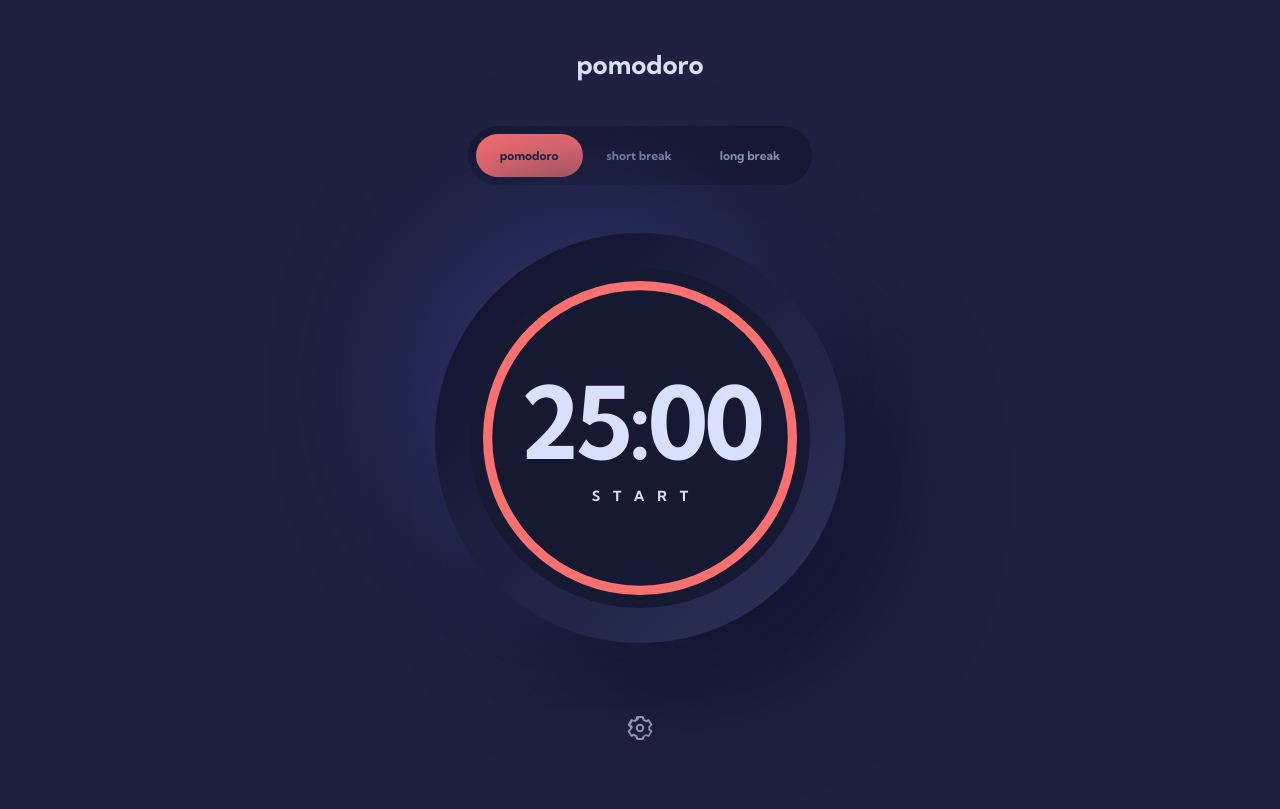
Repository: blordeus/pomodoro-app
Page: /
An editor plug-in stored every save of this project. The page is shown before and after the next save, followed by the edit.
The browser window is 1280 px wide. The pictures show the whole page.
The project was rebuilt for these pictures with package versions that can differ from the ones it lists, and the page was loaded fresh each time. Also part of the build but not shown: src/components/TimeInput.jsx, src/components/SettingsModal.jsx.

Above is the page before, as saved 2026-05-09 17:58:57.

### index.html
<!doctype html>
<html lang="en">
  <head>
    <meta charset="UTF-8" />
    <meta name="viewport" content="width=device-width, initial-scale=1.0" />
    <title>Pomodoro App</title>
  </head>
  <body>
    <div id="root"></div>
    <script type="module" src="/src/main.jsx"></script>
  </body>
</html>

### src/main.jsx
import React from 'react';
import { createRoot } from 'react-dom/client';
import './index.css';
import App from './App.jsx';

createRoot(document.getElementById('root')).render(
  <React.StrictMode>
    <App />
  </React.StrictMode>
);

### src/index.css
@import url('https://fonts.googleapis.com/css2?family=Kumbh+Sans:wght@400;700&family=Roboto+Slab:wght@400;700&family=Space+Mono:wght@400;700&display=swap');

/* ─── Design Tokens ─────────────────────────────────────────── */
:root {
  --bg: #1E213F;
  --surface: #161932;
  --surface-alt: #0D0E1C;
  --text-primary: #D7E0FF;
  --text-muted: #8895B3;
  --modal-bg: #FFFFFF;
  --modal-text: #161932;
  --modal-label: #1E213F;
  --modal-section-title: #161932;
  --input-bg: #EFF1FA;
  --input-text: #1E213F;
  --divider: #E3E1E1;

  /* Accent — overridden by useSettings via JS */
  --accent: #F87070;

  /* Font — overridden by useSettings via JS */
  --font-app: 'Kumbh Sans', sans-serif;

  /* Timer sizing */
  --timer-outer: 410px;
  --timer-inner: 340px;
  --timer-ring-size: 339px;
}

/* ─── Reset & Base ──────────────────────────────────────────── */
*, *::before, *::after {
  box-sizing: border-box;
  margin: 0;
  padding: 0;
}

body {
  font-family: var(--font-app);
  background-color: var(--bg);
  color: var(--text-primary);
  min-height: 100vh;
  transition: font-family 0.2s ease;
}

button {
  cursor: pointer;
  border: none;
  background: none;
  font-family: inherit;
}

/* ─── App Layout ────────────────────────────────────────────── */
.app {
  display: flex;
  flex-direction: column;
  align-items: center;
  padding: 48px 24px 56px;
  min-height: 100vh;
}

.app__title {
  font-size: 1.625rem;
  font-weight: 700;
  letter-spacing: 0;
  color: var(--text-primary);
  margin-bottom: 45px;
}

/* ─── Mode Selector ─────────────────────────────────────────── */
.mode-selector {
  display: flex;
  align-items: center;
  background-color: var(--surface);
  border-radius: 31.5px;
  padding: 8px;
  gap: 0;
  margin-bottom: 48px;
}

.mode-btn {
  font-family: var(--font-app);
  font-size: 0.75rem;
  font-weight: 700;
  color: var(--text-muted);
  border-radius: 26.5px;
  padding: 14px 24px;
  transition: color 0.25s ease, background-color 0.25s ease;
  white-space: nowrap;
}

.mode-btn:hover {
  color: var(--text-primary);
}

.mode-btn--active {
  background-color: var(--accent);
  color: var(--modal-label);
}

/* ─── Timer ─────────────────────────────────────────────────── */
.timer-wrapper {
  margin-bottom: 63px;
}

.timer-outer {
  width: var(--timer-outer);
  height: var(--timer-outer);
  border-radius: 50%;
  background: linear-gradient(315deg, #2E325A 0%, #0E112A 100%);
  box-shadow:
    -50px -50px 100px #272C5A,
    50px 50px 100px #121530;
  display: flex;
  align-items: center;
  justify-content: center;
}

.timer-inner {
  width: var(--timer-inner);
  height: var(--timer-inner);
  border-radius: 50%;
  background: var(--surface);
  display: flex;
  align-items: center;
  justify-content: center;
  position: relative;
}

.timer-ring {
  position: absolute;
  inset: 0;
  display: flex;
  align-items: center;
  justify-content: center;
  width: 100%;
  height: 100%;
  padding: 13px;
}

.progress-ring {
  overflow: visible;
  width: 100%;
  height: 100%;
}

.timer-face {
  position: relative;
  z-index: 1;
  display: flex;
  flex-direction: column;
  align-items: center;
  gap: 15px;
  padding: 20px 40px;
  border-radius: 50%;
  background: transparent;
  transition: opacity 0.15s ease;
}

.timer-face:hover .timer-action {
  color: var(--accent);
}

.timer-time {
  font-family: var(--font-app);
  font-size: 6.25rem;
  font-weight: 700;
  color: var(--text-primary);
  letter-spacing: -4px;
  line-height: 1;
}

.timer-action {
  font-family: var(--font-app);
  font-size: 0.875rem;
  font-weight: 700;
  letter-spacing: 13px;
  color: var(--text-primary);
  text-transform: uppercase;
  transition: color 0.2s ease;
  /* offset to account for letter-spacing on last char */
  padding-left: 13px;
}

/* ─── Settings Trigger ──────────────────────────────────────── */
.settings-trigger {
  color: var(--text-muted);
  transition: color 0.2s ease;
  padding: 8px;
}

.settings-trigger:hover {
  color: var(--text-primary);
}

/* ─── Settings Modal ────────────────────────────────────────── */
.modal-backdrop {
  position: fixed;
  inset: 0;
  background: rgba(10, 12, 28, 0.5);
  display: flex;
  align-items: center;
  justify-content: center;
  z-index: 100;
  padding: 24px;
}

.modal {
  background: var(--modal-bg);
  border-radius: 25px;
  width: 100%;
  max-width: 540px;
  position: relative;
  overflow: visible;
}

.modal__header {
  display: flex;
  align-items: center;
  justify-content: space-between;
  padding: 34px 40px 28px;
  border-bottom: 1px solid var(--divider);
}

.modal__title {
  font-size: 1.75rem;
  font-weight: 700;
  color: var(--modal-label);
}

.modal__close {
  color: var(--text-muted);
  padding: 4px;
  transition: color 0.2s ease;
  display: flex;
  align-items: center;
  justify-content: center;
}

.modal__close:hover {
  color: var(--modal-label);
}

.modal__body {
  padding: 24px 40px;
}

.modal__section {
  padding: 24px 0;
}

.modal__section--row {
  display: flex;
  align-items: center;
  justify-content: space-between;
}

.modal__section-title {
  font-size: 0.6875rem;
  font-weight: 700;
  letter-spacing: 4.23px;
  color: var(--modal-section-title);
  text-transform: uppercase;
  margin-bottom: 18px;
}

.modal__section--row .modal__section-title {
  margin-bottom: 0;
}

.modal__time-inputs {
  display: flex;
  gap: 20px;
}

.modal__divider {
  height: 1px;
  background: var(--divider);
}

.modal__options {
  display: flex;
  gap: 16px;
  align-items: center;
}

.modal__footer {
  display: flex;
  justify-content: center;
  padding-bottom: 53px;
  /* Apply button overlaps the bottom of the modal */
  margin-top: -20px;
}

/* ─── TimeInput ─────────────────────────────────────────────── */
.time-input {
  flex: 1;
  display: flex;
  flex-direction: column;
  gap: 8px;
}

.time-input__label {
  font-size: 0.75rem;
  font-weight: 700;
  color: var(--text-muted);
}

.time-input__control {
  display: flex;
  align-items: center;
  justify-content: space-between;
  background: var(--input-bg);
  border-radius: 10px;
  padding: 14px 16px;
}

.time-input__value {
  font-size: 0.875rem;
  font-weight: 700;
  color: var(--input-text);
}

.time-input__arrows {
  display: flex;
  flex-direction: column;
  gap: 8px;
}

.time-input__arrow {
  color: #8895B3;
  display: flex;
  align-items: center;
  justify-content: center;
  transition: color 0.15s ease;
  padding: 0;
  line-height: 1;
}

.time-input__arrow:hover {
  color: var(--input-text);
}

/* ─── Font Buttons ──────────────────────────────────────────── */
.font-btn {
  width: 40px;
  height: 40px;
  border-radius: 50%;
  font-size: 0.9375rem;
  font-weight: 700;
  background: var(--input-bg);
  color: var(--modal-label);
  display: flex;
  align-items: center;
  justify-content: center;
  transition: background-color 0.2s ease, color 0.2s ease;
}

.font-btn--active {
  background: var(--modal-label);
  color: var(--modal-bg);
}

/* ─── Color Buttons ─────────────────────────────────────────── */
.color-btn {
  width: 40px;
  height: 40px;
  border-radius: 50%;
  position: relative;
  transition: opacity 0.2s ease;
}

.color-btn:hover {
  opacity: 0.85;
}

.color-btn--active::after {
  content: '';
  position: absolute;
  inset: 0;
  display: flex;
  align-items: center;
  justify-content: center;
  background-image: url("data:[embedded picture, 244 characters]");
  background-repeat: no-repeat;
  background-position: center;
}

/* ─── Apply Button ──────────────────────────────────────────── */
.apply-btn {
  font-family: var(--font-app);
  font-size: 1rem;
  font-weight: 700;
  color: white;
  background: var(--accent);
  border-radius: 26.5px;
  padding: 17px 47px;
  transition: filter 0.2s ease;
}

.apply-btn:hover {
  filter: brightness(1.15);
}

/* ─── Responsive ────────────────────────────────────────────── */
@media (max-width: 600px) {
  :root {
    --timer-outer: 300px;
    --timer-inner: 267px;
    --timer-ring-size: 248px;
  }

  .app {
    padding: 32px 24px 48px;
  }

  .app__title {
    margin-bottom: 40px;
  }

  .mode-selector {
    margin-bottom: 45px;
  }

  .mode-btn {
    padding: 11px 16px;
    font-size: 0.6875rem;
  }

  .timer-time {
    font-size: 5rem;
    letter-spacing: -3px;
  }

  .timer-wrapper {
    margin-bottom: 56px;
  }

  /* Settings modal: stack time inputs vertically */
  .modal__time-inputs {
    flex-direction: column;
    gap: 8px;
  }

  .time-input {
    flex-direction: row;
    align-items: center;
    justify-content: space-between;
  }

  .time-input__label {
    flex-shrink: 0;
  }

  .modal__header {
    padding: 28px 24px 24px;
  }

  .modal__body {
    padding: 24px 24px;
  }

  .modal__section--row {
    flex-direction: column;
    align-items: center;
    gap: 18px;
    text-align: center;
  }

  .modal__section-title {
    margin-bottom: 0;
  }
}

### src/App.jsx
import React, { useState } from 'react';
import { useTimer } from './hooks/useTimer';
import { useSettings } from './hooks/useSettings';
import ModeSelector from './components/ModeSelector';
import TimerDisplay from './components/TimerDisplay';
import SettingsModal from './components/SettingsModal';

const App = () => {
  const { settings, applySettings } = useSettings();
  const { mode, status, formattedTime, progress, start, pause, restart, switchMode } = useTimer(settings);
  const [showSettings, setShowSettings] = useState(false);

  return (
    <div className="app">
      <h1 className="app__title">pomodoro</h1>

      <ModeSelector mode={mode} onSwitch={switchMode} />

      <TimerDisplay
        formattedTime={formattedTime}
        progress={progress}
        status={status}
        onStart={start}
        onPause={pause}
        onRestart={restart}
      />

      <button
        className="settings-trigger"
        onClick={() => setShowSettings(true)}
        aria-label="Open settings"
      >
        <svg width="28" height="28" viewBox="0 0 28 28" xmlns="http://www.w3.org/2000/svg" fill="currentColor">
          <path fillRule="evenodd" clipRule="evenodd" d="M14 9.8a4.2 4.2 0 100 8.4 4.2 4.2 0 000-8.4zM11.8 14a2.2 2.2 0 114.4 0 2.2 2.2 0 01-4.4 0z"/>
          <path fillRule="evenodd" clipRule="evenodd" d="M11.28 2a1 1 0 00-.97.757L9.6 5.09a9.14 9.14 0 00-1.49.863L5.75 5.2a1 1 0 00-1.163.44l-2.72 4.71a1 1 0 00.22 1.247l1.87 1.57a9.225 9.225 0 000 1.664l-1.87 1.57a1 1 0 00-.22 1.247l2.72 4.71a1 1 0 001.163.44l2.36-.753c.469.332.965.625 1.49.863l.71 2.333A1 1 0 0011.28 26h5.44a1 1 0 00.97-.757l.71-2.333a9.14 9.14 0 001.49-.863l2.36.753a1 1 0 001.163-.44l2.72-4.71a1 1 0 00-.22-1.247l-1.87-1.57a9.22 9.22 0 000-1.664l1.87-1.57a1 1 0 00.22-1.247l-2.72-4.71A1 1 0 0022.25 5.2l-2.36.753a9.14 9.14 0 00-1.49-.863l-.71-2.333A1 1 0 0016.72 2h-5.44zm.793 2h3.854l.636 2.088a1 1 0 00.643.664 7.14 7.14 0 012.122 1.228 1 1 0 00.928.163l2.115-.675 1.927 3.338-1.674 1.406a1 1 0 00-.35.926c.053.352.08.71.08 1.062s-.027.71-.08 1.062a1 1 0 00.35.926l1.674 1.406-1.927 3.338-2.115-.675a1 1 0 00-.928.163 7.14 7.14 0 01-2.122 1.228 1 1 0 00-.643.664L15.927 24h-3.854l-.636-2.088a1 1 0 00-.643-.664 7.14 7.14 0 01-2.122-1.228 1 1 0 00-.928-.163l-2.115.675-1.927-3.338 1.674-1.406a1 1 0 00.35-.926A7.27 7.27 0 016.646 14c0-.352.027-.71.08-1.062a1 1 0 00-.35-.926L4.702 10.606l1.927-3.338 2.115.675a1 1 0 00.928-.163A7.14 7.14 0 0111.794 6.57a1 1 0 00.643-.664L13.073 4z"/>
        </svg>
      </button>

      {showSettings && (
        <SettingsModal
          settings={settings}
          onApply={applySettings}
          onClose={() => setShowSettings(false)}
        />
      )}
    </div>
  );
};

export default App;

### src/hooks/useTimer.js
import { useState, useEffect, useRef, useCallback } from 'react';

const MODES = {
  pomodoro: 'pomodoro',
  shortBreak: 'shortBreak',
  longBreak: 'longBreak',
};

export const useTimer = (settings) => {
  const [mode, setMode] = useState(MODES.pomodoro);
  const [status, setStatus] = useState('idle'); // idle | running | paused | complete
  const [timeLeft, setTimeLeft] = useState(settings.pomodoro * 60);
  const intervalRef = useRef(null);

  const totalTime = settings[mode] * 60;

  // Reset timer when mode or settings change
  useEffect(() => {
    clearInterval(intervalRef.current);
    setStatus('idle');
    setTimeLeft(settings[mode] * 60);
  }, [mode, settings]);

  useEffect(() => {
    if (status === 'running') {
      intervalRef.current = setInterval(() => {
        setTimeLeft((prev) => {
          if (prev <= 1) {
            clearInterval(intervalRef.current);
            setStatus('complete');
            return 0;
          }
          return prev - 1;
        });
      }, 1000);
    } else {
      clearInterval(intervalRef.current);
    }

    return () => clearInterval(intervalRef.current);
  }, [status]);

  const start = useCallback(() => setStatus('running'), []);
  const pause = useCallback(() => setStatus('paused'), []);
  const restart = useCallback(() => {
    setStatus('idle');
    setTimeLeft(settings[mode] * 60);
  }, [mode, settings]);

  const switchMode = useCallback((newMode) => {
    setMode(newMode);
  }, []);

  const minutes = Math.floor(timeLeft / 60);
  const seconds = timeLeft % 60;
  const formattedTime = `${String(minutes).padStart(2, '0')}:${String(seconds).padStart(2, '0')}`;
  const progress = timeLeft / totalTime; // 1 = full, 0 = empty

  return {
    mode,
    status,
    timeLeft,
    totalTime,
    formattedTime,
    progress,
    start,
    pause,
    restart,
    switchMode,
    MODES,
  };
};

### src/hooks/useSettings.js
import { useState, useEffect } from 'react';

const STORAGE_KEY = 'pomodoro-settings';

const DEFAULT_SETTINGS = {
  pomodoro: 25,
  shortBreak: 5,
  longBreak: 15,
  font: 'kumbh',   // kumbh | roboto | mono
  color: 'red',    // red | cyan | purple
};

export const useSettings = () => {
  const [settings, setSettings] = useState(() => {
    try {
      const saved = localStorage.getItem(STORAGE_KEY);
      return saved ? { ...DEFAULT_SETTINGS, ...JSON.parse(saved) } : DEFAULT_SETTINGS;
    } catch {
      return DEFAULT_SETTINGS;
    }
  });

  // Apply font + color to :root whenever settings change
  useEffect(() => {
    const root = document.documentElement;

    const fontMap = {
      kumbh: "'Kumbh Sans', sans-serif",
      roboto: "'Roboto Slab', serif",
      mono: "'Space Mono', monospace",
    };

    const colorMap = {
      red: '#F87070',
      cyan: '#70F3F8',
      purple: '#D881F8',
    };

    root.style.setProperty('--accent', colorMap[settings.color]);
    root.style.setProperty('--font-app', fontMap[settings.font]);
  }, [settings.font, settings.color]);

  const applySettings = (newSettings) => {
    const merged = { ...settings, ...newSettings };
    setSettings(merged);
    try {
      localStorage.setItem(STORAGE_KEY, JSON.stringify(merged));
    } catch {
      // storage unavailable, silently continue
    }
  };

  return { settings, applySettings };
};

### src/components/ModeSelector.jsx
import React, { useState } from 'react';

const LABELS = {
  pomodoro: 'pomodoro',
  shortBreak: 'short break',
  longBreak: 'long break',
};

const ModeSelector = ({ mode, onSwitch }) => {
  return (
    <nav className="mode-selector" aria-label="Timer mode">
      {Object.entries(LABELS).map(([key, label]) => (
        <button
          key={key}
          className={`mode-btn${mode === key ? ' mode-btn--active' : ''}`}
          onClick={() => onSwitch(key)}
          aria-pressed={mode === key}
        >
          {label}
        </button>
      ))}
    </nav>
  );
};

export default ModeSelector;

### src/components/TimerDisplay.jsx
import React, { useState } from 'react';
import CircularProgress from './CircularProgress';

const ACTION_LABELS = {
  idle: 'START',
  running: 'PAUSE',
  paused: 'RESUME',
  complete: 'RESTART',
};

const TimerDisplay = ({ formattedTime, progress, status, onStart, onPause, onRestart }) => {
  const actionLabel = ACTION_LABELS[status];

  const handleAction = () => {
    if (status === 'idle' || status === 'paused') onStart();
    else if (status === 'running') onPause();
    else if (status === 'complete') onRestart();
  };

  return (
    <div className="timer-wrapper">
      {/* Outer decorative circle with layered shadow effect */}
      <div className="timer-outer">
        <div className="timer-inner">
          {/* SVG progress ring sits behind the content */}
          <div className="timer-ring">
            <CircularProgress progress={progress} />
          </div>
          {/* Time + action button */}
          <button
            className="timer-face"
            onClick={handleAction}
            aria-label={`${actionLabel} timer, time remaining ${formattedTime}`}
          >
            <span className="timer-time">{formattedTime}</span>
            <span className="timer-action">{actionLabel}</span>
          </button>
        </div>
      </div>
    </div>
  );
};

export default TimerDisplay;

### src/components/CircularProgress.jsx
import React, { useState } from 'react';

const CircularProgress = ({ progress, size = 339, strokeWidth = 10 }) => {
  const radius = (size - strokeWidth) / 2;
  const circumference = 2 * Math.PI * radius;
  const offset = circumference - progress * circumference;

  return (
    <svg
      width="100%"
      height="100%"
      viewBox={`0 0 ${size} ${size}`}
      className="progress-ring"
      aria-hidden="true"
    >
      {/* Track (background ring) — invisible, just for spacing */}
      <circle
        cx={size / 2}
        cy={size / 2}
        r={radius}
        fill="none"
        stroke="transparent"
        strokeWidth={strokeWidth}
      />
      {/* Progress arc */}
      <circle
        cx={size / 2}
        cy={size / 2}
        r={radius}
        fill="none"
        stroke="var(--accent)"
        strokeWidth={strokeWidth}
        strokeLinecap="round"
        strokeDasharray={circumference}
        strokeDashoffset={offset}
        // Start at 12 o'clock (default SVG starts at 3 o'clock)
        transform={`rotate(-90 ${size / 2} ${size / 2})`}
        style={{ transition: 'stroke-dashoffset 0.5s linear' }}
      />
    </svg>
  );
};

export default CircularProgress;

After the next save:
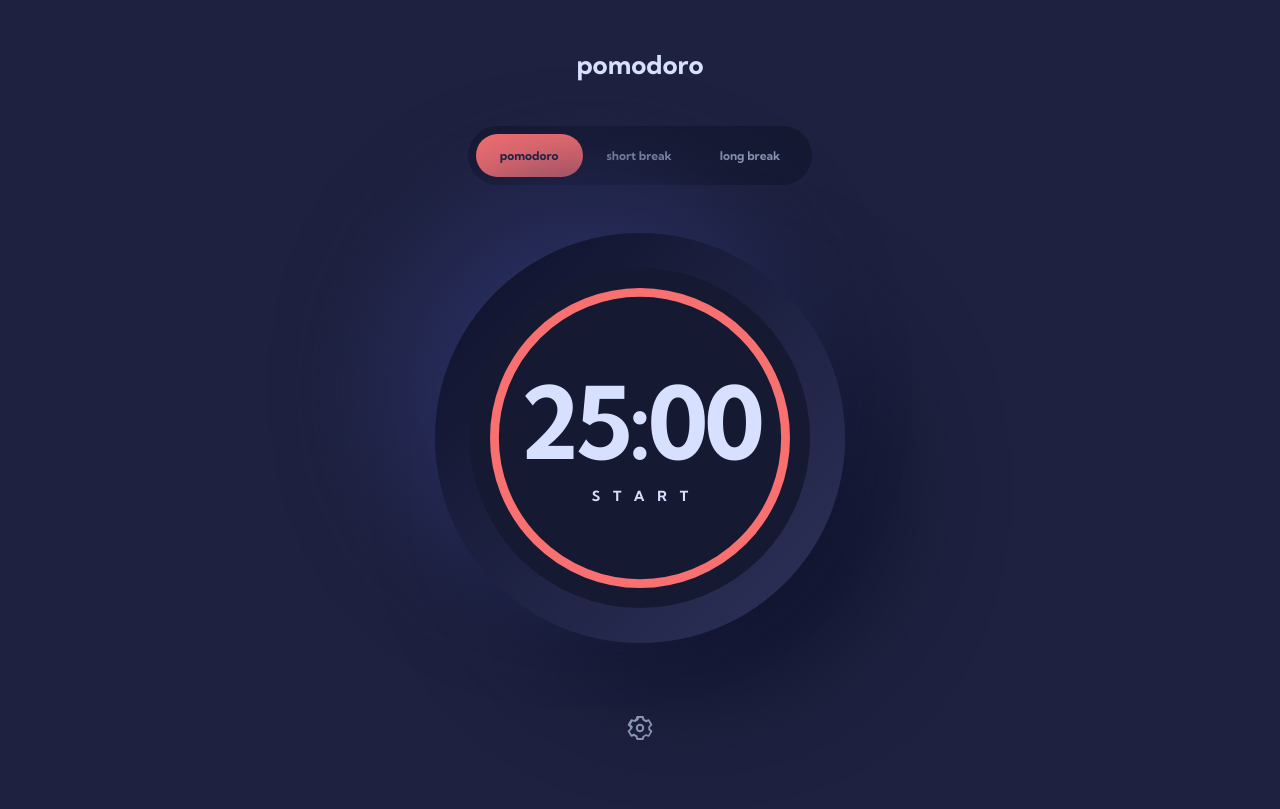
Saved 26 s later.
--- a/src/index.css
+++ b/src/index.css
@@ -134,7 +134,7 @@ button {
   justify-content: center;
   width: 100%;
   height: 100%;
-  padding: 13px;
+  padding: 20px;
 }
 
 .progress-ring {
